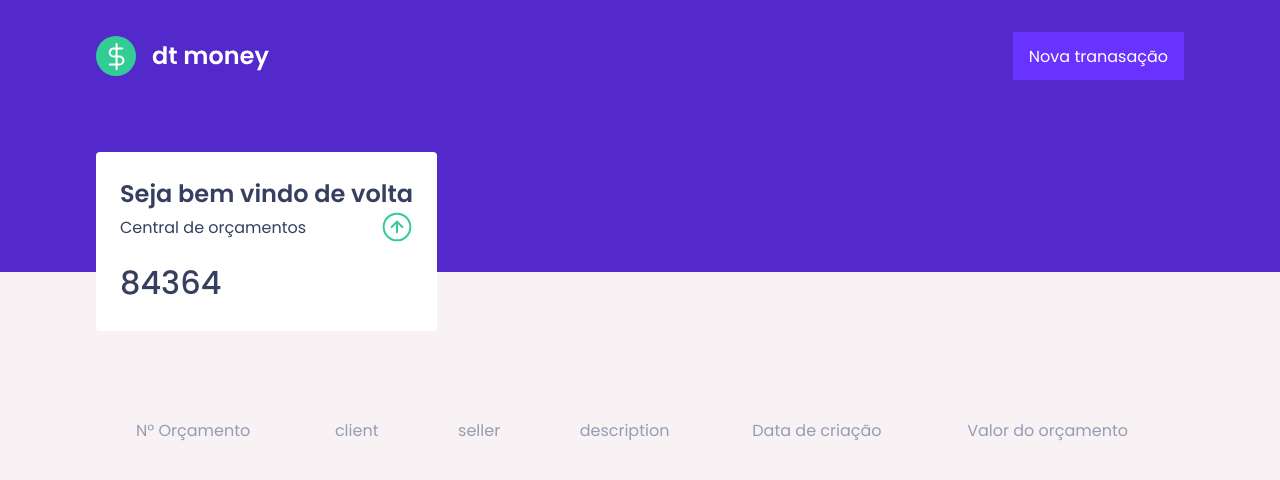
Repository: soualexandre/frentend-botOrcamentos
Page: /
The author's editor kept a copy of each file at every save. The page is drawn from the files as they stood at one save, then again after the next save.
The browser window is 1280 px wide. The pictures show the whole page.
The page's requests for data from a server got no answer. The project was rebuilt for these pictures with package versions that can differ from the ones it lists, and the page was loaded fresh each time. No one was signed in, and anything a server would have sent is missing.

Above is the page before, as saved 2021-07-20 16:27:44.

### public/index.html
<!DOCTYPE html>
<html lang="en">
  <head>
    <link rel="preconnect" href="https://fonts.googleapis.com">
    <link rel="preconnect" href="https://fonts.gstatic.com" crossorigin>
    <meta charset="utf-8" />
    <meta name="viewport" content="width=device-width, initial-scale=1" />
    <link href="https://fonts.googleapis.com/css2?family=Poppins:wght@400;500;600&display=swap" rel="stylesheet">
    <link rel="stylesheet" href="favicon.png" type="image/png">
    <title>DtMoney</title>
  </head>
  <body>
    <noscript>You need to enable JavaScript to run this app.</noscript>
    <div id="root"></div>
  </body>
</html>

### src/App.tsx
import { Dashboard } from './components/Dashboard';
import { Header } from './components/Header';
import { GlobalStyle } from './styles/global';
import { ToastContainer } from 'react-toastify';
import 'react-toastify/dist/ReactToastify.css';
import Modal from 'react-modal'
import { useState } from 'react';
import {NewTransactionModal} from './components/NewTransactionModal'
import { TransacticionsProvider } from './hooks/useTransactions';
Modal.setAppElement('#root');

export function App() {

  const [isNewTransactionModalOpen, setIsNewTransactionModalOpen] = useState(false);

  function hadleOpenNewTransactionModal() {
    setIsNewTransactionModalOpen(true)
  }
  function hadleCloseNewTransactionModal() {
    setIsNewTransactionModalOpen(false)
  }

  return (
    <TransacticionsProvider>
      <ToastContainer />
      <Header onOpenNewTransactionModal={hadleOpenNewTransactionModal}/>
      <Dashboard />
      <NewTransactionModal
      isOpen={isNewTransactionModalOpen}
      onRequestClose={hadleCloseNewTransactionModal}/>
      <GlobalStyle />
    </TransacticionsProvider>
  );
}

### src/components/Dashboard/index.tsx
import { Sumary } from "../Sumary";
import { TransactionsTable } from "../transactionsTable";
import { Container } from "./styles";


export function Dashboard(){
    return(
       <Container>
          <Sumary/>
          <TransactionsTable />
       </Container>
    );
}

### src/components/Header/index.tsx
import LogoImg from '../../assets/logo.svg'
import { Container, Content } from './styles'

interface HeaderProps{

    onOpenNewTransactionModal: () => void;
}


export function Header({onOpenNewTransactionModal} :HeaderProps ) {
    return (
        <Container>
            <Content>
                <img src={LogoImg} alt="dtMoney" />
                <button type="button" onClick={onOpenNewTransactionModal}>
                    Nova tranasação
                </button>
            </Content>
        </Container>
    );
}

### src/styles/global.ts
import { createGlobalStyle } from 'styled-components'


export const GlobalStyle = createGlobalStyle`

    :root{
        --background: #f8f2f5;

        --red: #e52e40;
        --blue: #5429cc;
        --green: #33cc95;
        --blue-light: #6933ff;

        --text-title: #363f5f;
        --text-body: #969cb3;

        --shape: #ffffff;

    }

    *{
        margin: 0;
        padding: 0;
        box-sizing: border-box;
    }
    html{
        @media (max-width: 1080px){
            font-size: 93.5%;
        }

    }

    body{
        background: var(--background);
        -webkit-font-smoothing: antialiased;
    }

    body, input, textarea, button{
        font-family: 'Poppins', sans-serif;
        font-weight: 400;
    }

    h1, h2, h3, h4, h5, h6, strong{
        font-weight: 600;
    }

    button{
        cursor: pointer;
    }
    [disable]{
        opacity: 0.6;
        cursor: not-allowed;
    }



    .react-modal-overlay{
        background: rgba(0, 0, 0, 0.3);
        position: fixed;
        top: 0;
        bottom: 0;
        right: 0;
        left: 0;

        display: flex;
        justify-content: center;
        align-items: center;
    }
    .react-modal-content{
        width: 100%;
        max-width: 576px;
        background: var(--background);
        padding: 3rem;
        position: relative;
        border-radius: 0.25rem;
    }
    .react-modal-close{
        position: absolute;
        right: 1.5rem;
        top: 1.5rem;
        border: 0;
        background: transparent;
        transition: filter 0.2s;
        &:hover{
            filter: brightness(0.8);
        }
    }
`;

### src/components/NewTransactionModal/index.tsx
import Modal from 'react-modal'
import { FormEvent, useState } from 'react'
import { Container, TransactionsTypeContainer, RadioBox } from './styles'
import closeImg from '../../assets/close.svg'
import { useTransactions } from '../../hooks/useTransactions';

interface NewTransactionModalProps {
    isOpen: boolean;
    onRequestClose: () => void;
}



export function NewTransactionModal({ isOpen, onRequestClose }: NewTransactionModalProps) {
    const {createTransaction} = useTransactions();

    const [client, setClient] = useState('');
    const [seller, setSeller] = useState('');
    const [description, setDescription] = useState('');
    const [budget_amount, setValueBudget] = useState(0);

     async function handleCreateNewTransaction(event: FormEvent) {
        event.preventDefault();
        await createTransaction({
          client,
          seller,
          description,
          budget_amount,
      })
      setClient('');
      setSeller('');
      setDescription('');
      setValueBudget(0);
      onRequestClose();
    }
    return (
        <Modal
            isOpen={isOpen}
            onRequestClose={onRequestClose}
            overlayClassName="react-modal-overlay"
            className="react-modal-content"
        >
            <button
                type="button"
                onClick={onRequestClose}
                className="react-modal-close">
                <img src={closeImg} alt="fechar modal" />
            </button>

            <Container >
                <h2>Criar orçamento</h2>
                <input
                    placeholder="Cliente"
                    onChange={ (e) => setClient(e.target.value)}
                />

                <input
                    type="text"
                    placeholder="Vendedor"
                    onChange={ (e) => setSeller(e.target.value)}
                />
                <input
                    type="number"
                    placeholder="Valor da orçamento"
                    onChange={ (e) => setValueBudget(Number(e.target.value))}

                />
                <textarea
                placeholder="Descrição do orçamento"
                onChange={ (e) => setDescription(e.target.value)}
                />


                <button type="submit" onClick={handleCreateNewTransaction} >
                    Cadastrar
                </button>


            </Container>

        </Modal>
    );
}

### src/hooks/useTransactions.tsx
import {createContext, useEffect, useState, ReactNode, useContext} from 'react';
import { api } from "../services/api";
import { toast } from 'react-toastify';


interface Transaction {
    id: number;
    client: string;
    seller: string;
    description: string;
    created_at: string;
    budget_amount: number;
}
interface TransactionsContextData{
    transactions: Transaction[];
    createTransaction: (transaction:TransactionInput) => Promise<void>;
    deleteTransaction: (productId: number) => void;
}

type TransactionInput = Omit<Transaction, 'id' | 'created_at'>;

interface TrabsactionsProviderProps{
    children: ReactNode;
}
 const TransactionsContext = createContext<TransactionsContextData>(
    {} as TransactionsContextData
    );


export function TransacticionsProvider({children} : TrabsactionsProviderProps){
    const [transactions, setTransactions] = useState<Transaction[]>([]);


   async function createTransaction(transactionInput: TransactionInput){
      const response = await api.post('/budget/create', {
        ...transactionInput,
    })
    console.log(response.data)
    setTransactions([
        ...transactions,
        response.data
    ])

    }
    async function deleteTransaction(productId: number){
       const response =  await api.delete(`/budget/delete/${productId}`)
        setTransactions(response.data)
        toast.success('Orçamento removido com sucesso');
    }

    useEffect(() => {
        api.get('budget')
            .then(response => setTransactions(response.data))
    },[])

    return (
        <TransactionsContext.Provider value={{transactions, createTransaction, deleteTransaction}}>
            {children}
        </TransactionsContext.Provider>
    );
}

export function useTransactions(){
    const context = useContext(TransactionsContext);
    return context;
}

### src/components/Sumary/index.tsx
import { Container } from './styles'
import iconImg from '../../assets/income.svg'

export function Sumary() {


    return (
        <Container>
            <div>
                    <h2>
                        Seja bem vindo de volta
                    </h2>
                <header>
                    <p>Central de orçamentos</p>
                    <img src={iconImg} alt=" icon" />
                </header>
                <strong>
                    84364
                </strong>
            </div>
        </Container >
    );
}

### src/components/transactionsTable/index.tsx
import { useTransactions } from "../../hooks/useTransactions";
import { Container } from './styles'
import DeleteImg from '../../assets/delete.svg'
import EditImg from '../../assets/edit.svg'


export function TransactionsTable() {
    const { transactions, deleteTransaction } = useTransactions();

    async function handleCreateNewTransaction(id: number) {
        deleteTransaction(id);
    }


    return (
        <Container>
            <table>
                <thead>
                    <tr>
                        <th>Nº Orçamento</th>
                        <th>client</th>
                        <th>seller</th>
                        <th>description</th>
                        <th>Data de criação</th>
                        <th>Valor do orçamento</th>
                    </tr>
                </thead>
                <tbody>
                    {transactions.map(transaction => (
                        <tr key={transaction.id}>
                            <td>{transaction.id}</td>
                            <td>{transaction.client}</td>
                            <td>
                                {transaction.seller}
                            </td>
                            <td >{transaction.description}</td>
                            <td>{
                                new Intl.DateTimeFormat('pt-BR').format(
                                    new Date(transaction.created_at)
                                )}
                            </td>
                            <td>
                                {new Intl.NumberFormat('pt-BR', {
                                    style: 'currency',
                                    currency: 'BRL',
                                }).format(transaction.budget_amount)}
                            </td>
                            <td>

                                <div className="optionsIncons">
                                    <img src={DeleteImg} alt="Deletar orçamento" onClick={() => handleCreateNewTransaction(transaction.id)}></img>
                                    <img src={EditImg} alt="Deletar orçamento"></img>
                                </div>
                            </td>
                        </tr>
                    ))}
                </tbody>
            </table>
        </Container>
    );
}

### src/components/Dashboard/styles.ts
import styled from 'styled-components'

export const Container = styled.header`
    max-width: 1120PX;
    margin:0 auto;
    padding: 2.5rem 1rem;



`;

### src/components/Header/styles.ts
import styled from 'styled-components'

export const Container = styled.header`
    background: var(--blue);

`;
export const Content = styled.header`
    background: var(--blue);
    max-width: 1120px;
    margin: 0 auto;
    padding: 2rem 1rem 12rem;

    display: flex;
    align-items: center;
    justify-content: space-between;
    button{
        font-size: 1rem;
        color: #fff;
        background: var(--blue-light);
        border: 0;
        padding:0.2rem;
        padding-left: 1rem;
        padding-right: 1rem;
        height: 3rem;

        transition: filter 0.2s;
        &:hover{
            filter: brightness(0.9);
        }

    }
`;

### src/components/NewTransactionModal/styles.ts
import styled from 'styled-components'
import { darken, transparentize } from 'polished';

export const Container = styled.form`
        h2{
            color: var(--text-title);
            font-size: 1.5rem;
            margin-bottom: 2rem;
        }

        input{
            width: 100%;
            padding: 0 1.5rem;
            height: 4rem;
            border-radius: 0.25rem;
            border: 1px solid #d7d7d7;
            background: #e7e9ee;
            font-weight: 400;
            font-size: 1rem;

            &::placeholder{
                color: vat(--text-body);

            }
            & + input {
                margin-top: 1rem;
            }
        }
        textarea{
            width: 100%;
            padding: 1rem 1.5rem;
            height: 8rem;
            border-radius: 0.25rem;
            border: 1px solid #d7d7d7;
            background: #e7e9ee;
            font-weight: 400;
            font-size: 1rem;
            margin-top: 1rem;
        }
        button[type="submit"]{
            width: 100%;
            padding: 0 1.3rem;
            height: 4rem;
            background: var(--green);
            color: #fff;
            border-radius: 0.25rem;
            border: 0;
            font-size: 1rem;
            margin-top: 1.5rem;
            font-weight: 600;
            transition: filter 0.2s;
            &:hover{
                filter: brightness(0.9)
            }
        }


`;

export const TransactionsTypeContainer = styled.div`

        margin: 1rem 0;
        display: grid;
        grid-template-columns: 1fr 1fr;
        gap: 0.5rem;


`;

interface RadioBoxProps{
    isActive: boolean;
    activeColor: 'green' | 'red';
}
const colors ={
    green: '#33cc95',
    red: '#e52e40',
}

export const RadioBox = styled.button<RadioBoxProps>`
    height: 4rem;
            border: 1px solid #d2d2d2;
            border-radius: 0.25rem;

            background: ${(props) => props.isActive
            ? transparentize(0.9, colors[props.activeColor])
            : 'transparent'
            };


            display: flex;
            align-items: center;
            justify-content:center;
            transition: border-color 0.2s;

            &:hover{
                border-color: ${darken(0.2, '#000')};
            }

            img{
                height: 20px;
                width: 20px;
            }
            span{
                display: inline-block;
                margin: 1rem;
                font-size: 1rem;
                color: var(--text-title);
            }
`;

### src/services/api.ts
import axios from 'axios';

export const api = axios.create({
    baseURL: 'http://localhost:8000/api',
})

### src/components/Sumary/styles.ts
import styled from 'styled-components'


export const Container = styled.div`
    display: grid;
    grid-template-columns: repeat(3,1fr);
    gap: 2rem;
    margin-top: -10rem;

div{
    background: var(--shape);
    padding: 1.5rem;
    border-radius: 0.25rem;
    color: var(--text-title);

    &.highlightBackground{
        background: #33cc95;
        color: #fff;
    }
    header{
        display: flex;
        align-items: center;
        justify-content: space-between;
    }

    strong{
        display: block;
        margin-top: 1rem;
        font-size: 2rem;
        line-height: 3rem;
        font-weight: 500;
    }

}
`;

### src/components/transactionsTable/styles.ts
import styled from 'styled-components';


export const Container = styled.div`
    margin-top: 4rem;

    table{
        width: 100%;
        border-spacing: 0.5rem;

        th{
            color: var(--text-body);
            font-weight: 400;
            padding: 1rem 2rem;
            text-align: left;
            line-height: 1.5rem;
        }

        td{
            padding: 1rem 2rem;
            border: 0;
            background: var(--shape);
            color: var(--text-body);
            border-radius: 0.25rem;
            &.first-child{
                color: var(--text-title);
            }

            &.deposit{
                color: var(--green)
            }
            &.withdraw{
                color: var(--red)
            }
        }
    }
`;

Loaded but not shown: src/index.tsx (common file)

After the next save:
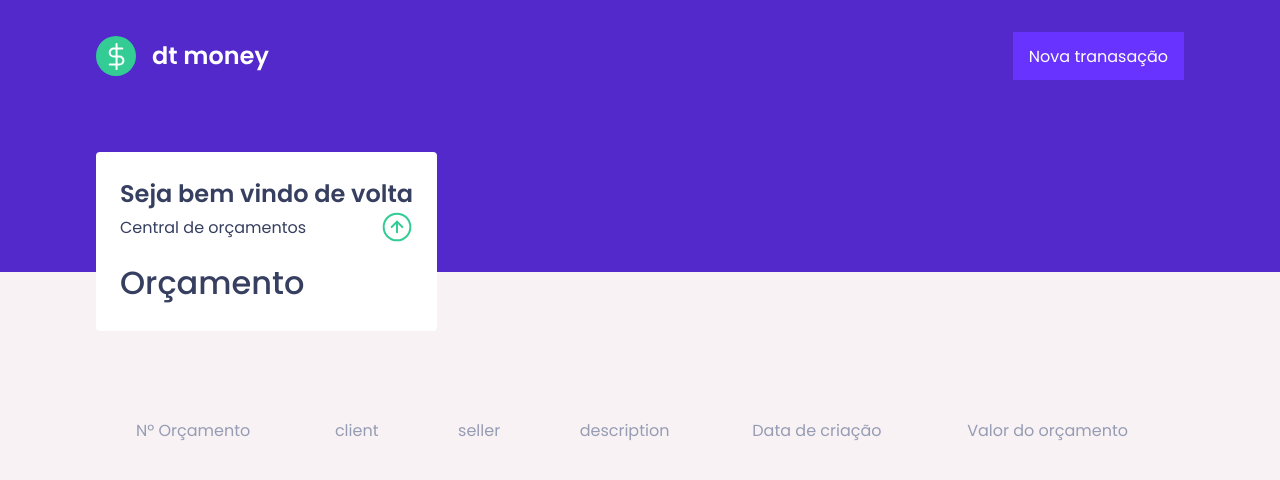
Saved 45 s later.
--- a/src/components/Sumary/index.tsx
+++ b/src/components/Sumary/index.tsx
@@ -15,7 +15,7 @@
                     <img src={iconImg} alt=" icon" />
                 </header>
                 <strong>
-                    84364
+                    Orçamento
                 </strong>
             </div>
         </Container >
